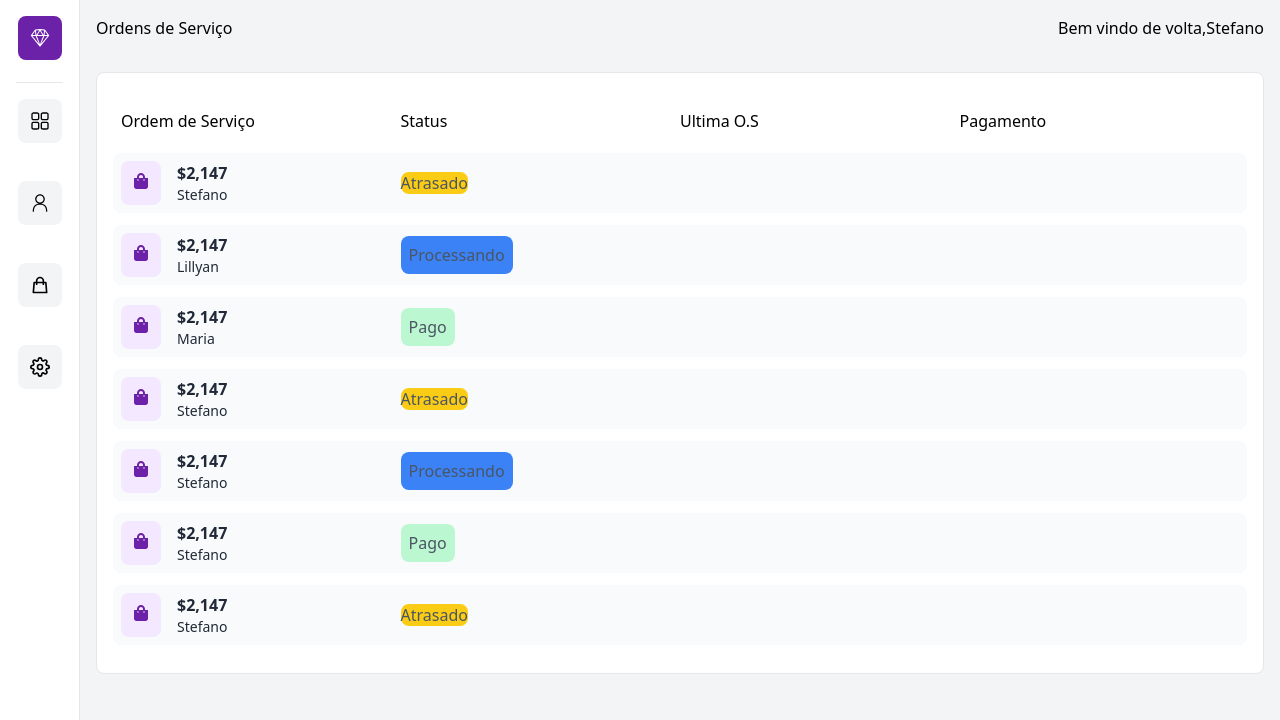
Repository: stefanosousaa/dashboard-next13
Page: /orders
An editor plug-in stored every save of this project. The page is shown before and after the next save, followed by the edit.
The browser window is 1280 px wide. The pictures show the whole page.
The project was rebuilt for these pictures with package versions that can differ from the ones it lists, and the page was loaded fresh each time. The framework's server and built-in components were replaced by stand-ins that run in the browser. Also part of the build but not shown: next.config.js.

Above is the page before, as saved 2023-05-18 18:52:41.

After the next save:
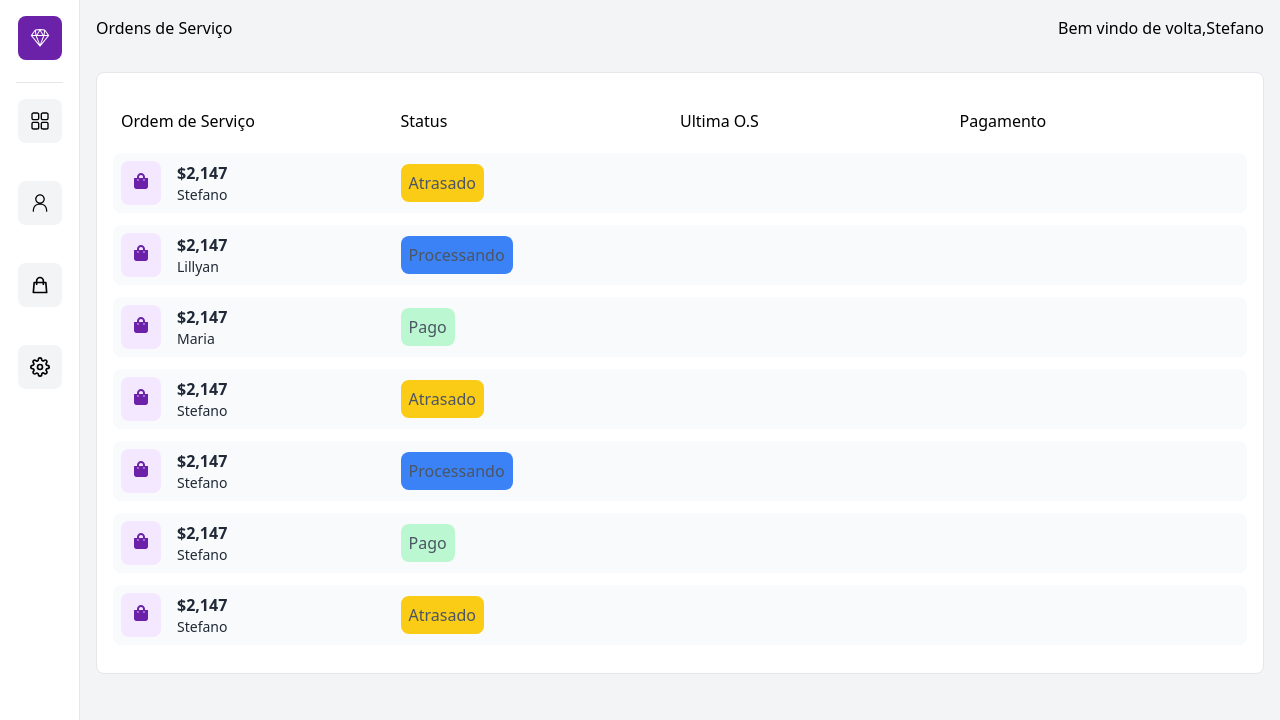
Saved 52 s later.
--- a/pages/orders.jsx
+++ b/pages/orders.jsx
@@ -37,7 +37,7 @@ const orders = () => {
                                 order.status == 'Pago'
                                 ? 'bg-green-200 p-2 rounded-lg'
                                 : order.status == 'Atrasado'
-                                ? 'bg-yellow-400 rounded-lg'
+                                ? 'bg-yellow-400 p-2 rounded-lg'
                                 : 'bg-blue-500 p-2 rounded-lg'
                             }
                             >{order.status}</span>
